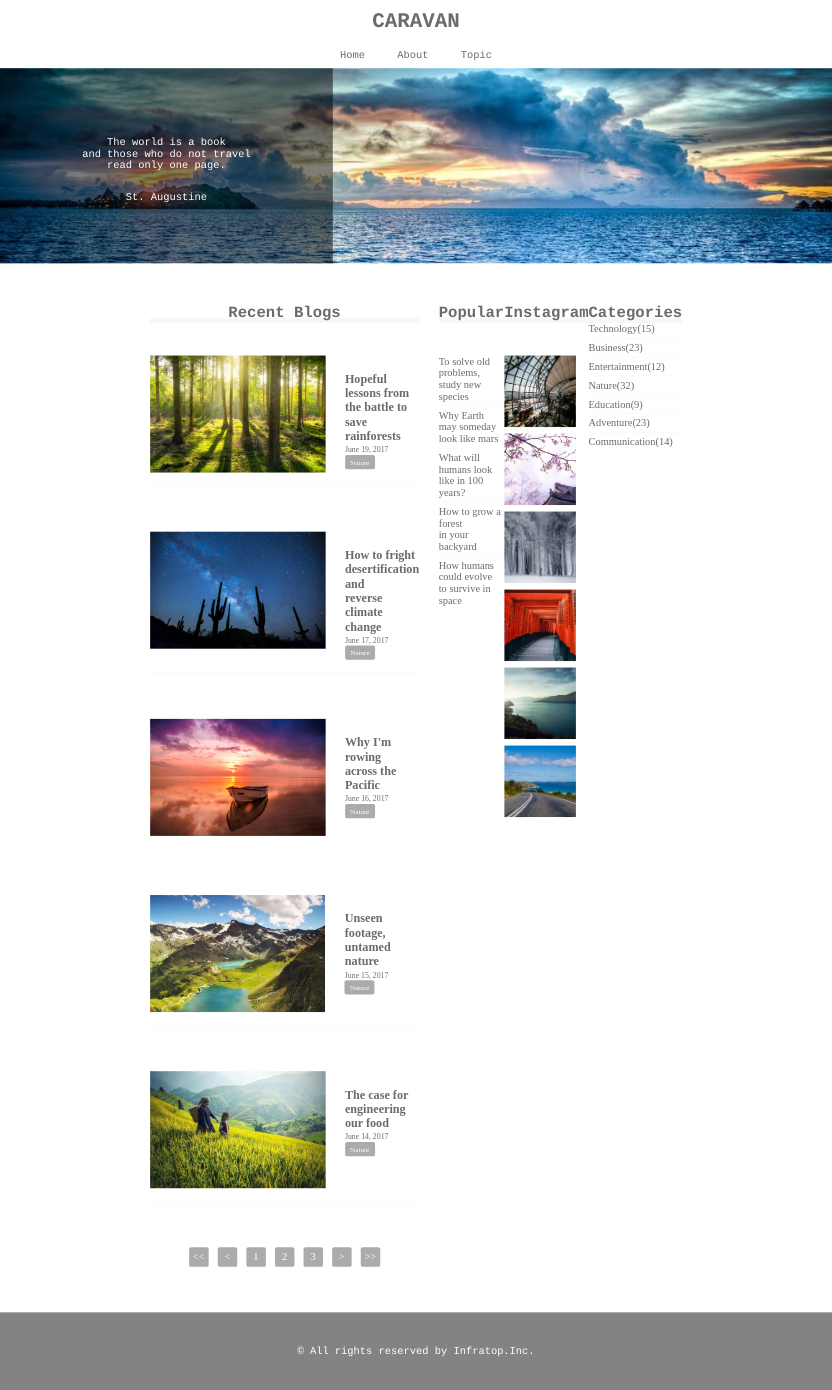
Repository: night-runner-dh/kyouzai
Page: CARAVAN/CARAVAN.html
The author's editor kept a record of every edit. The page is drawn from the files as they stood at one moment, then again after the next edit.
The browser window is 1280 px wide. The pictures show the whole page, at 65% of full size.

Above is the page before.

After the next edit:
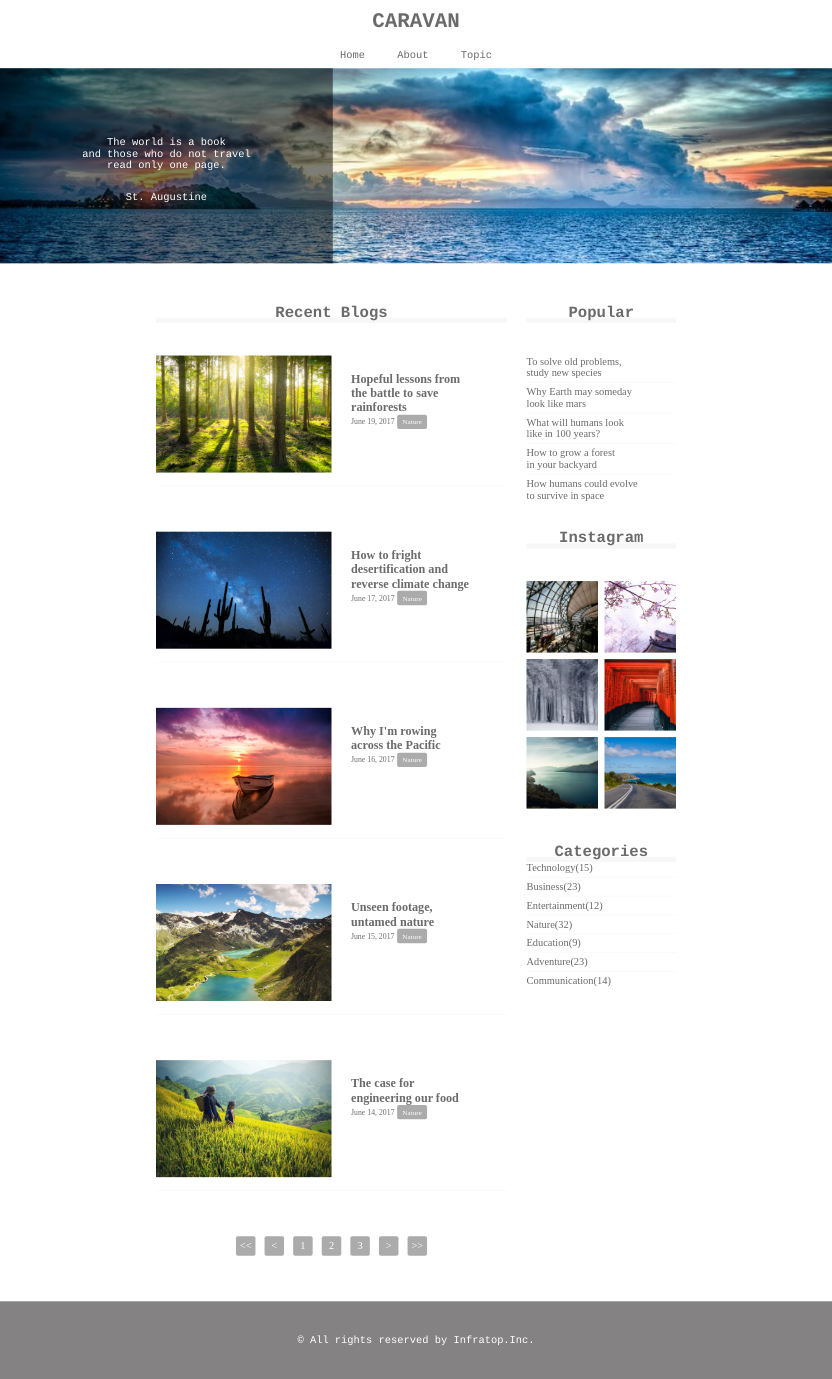
The edit:
--- a/CARAVAN/CARAVAN.html
+++ b/CARAVAN/CARAVAN.html
@@ -134,7 +134,7 @@
         </div>
         </section>
 
-      <div class="sidebar"></div>
+      <div class="sidebar">
          <section class="popular">
         	<h2 class="popular-heading common-heading">Popular</h2>
         	<div class="sidebar-contents">
